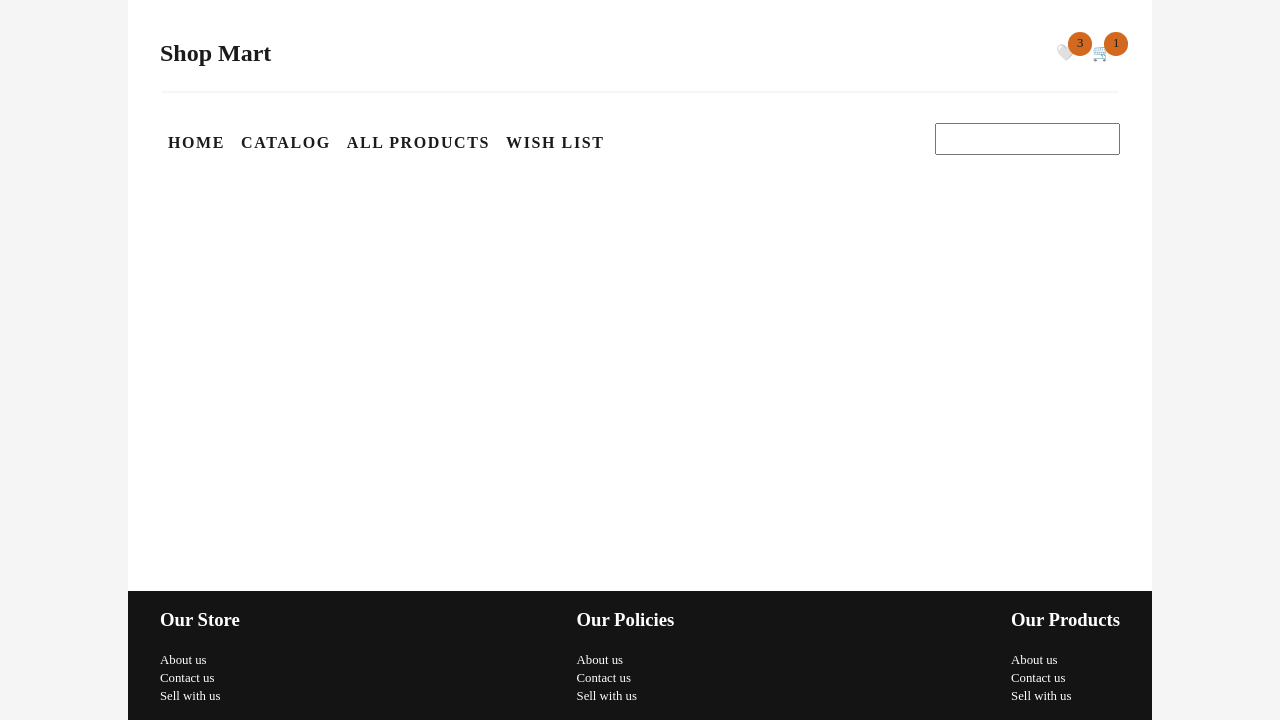
Repository: Zalida-Khan/Lab-1-3170
Page: /
These files come from the project's save history. The page is drawn as it stood at one moment and after a run of saves; the edit follows.
The browser window is 1280 px wide. The pictures show the whole page.
The project was rebuilt for these pictures with package versions that can differ from the ones it lists, and the page was loaded fresh each time. Also part of the build but not shown: vite.config.js.

Above is the page before, as saved 2024-09-11 13:56:15.

After the next 3 saves:
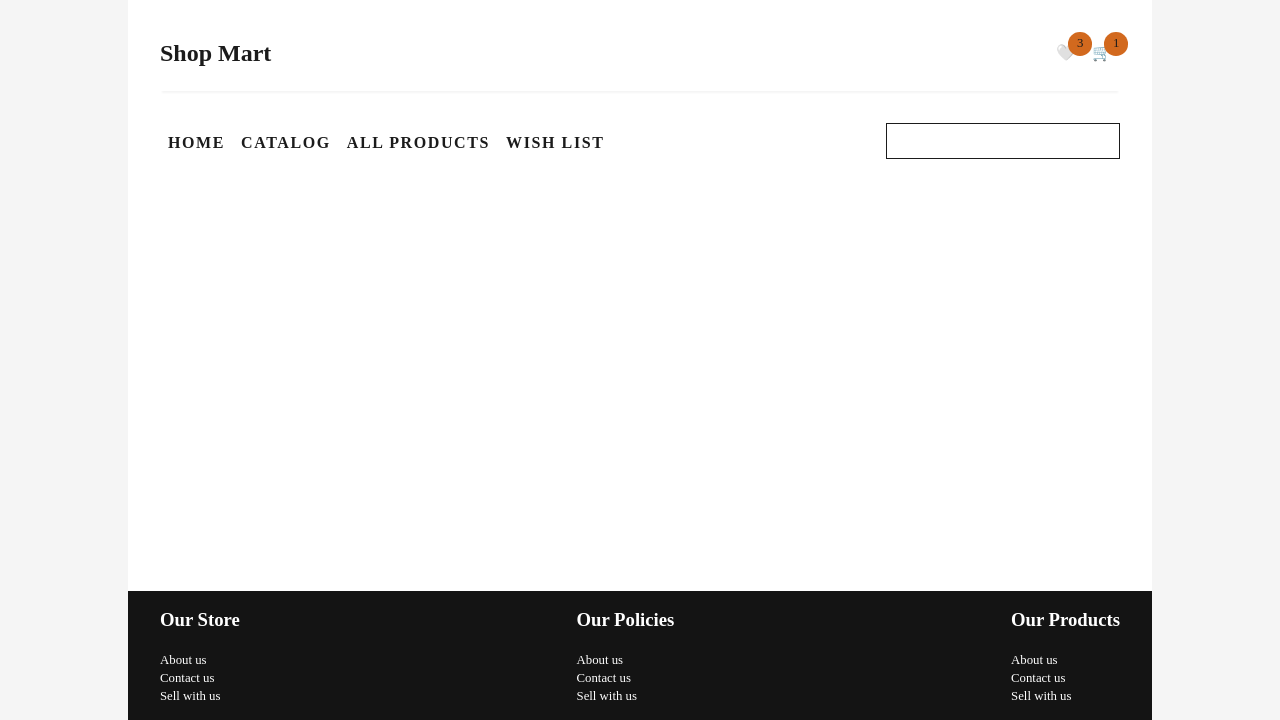
The 3 saves are shown as one change because they came seconds apart.
The last was saved 11 s later.
--- a/src/App.jsx
+++ b/src/App.jsx
@@ -25,7 +25,7 @@ function App() {
 
             </nav>
             <form>
-              <input></input>
+              <input type="search" ></input>
             </form>
           </div>
         </header>
